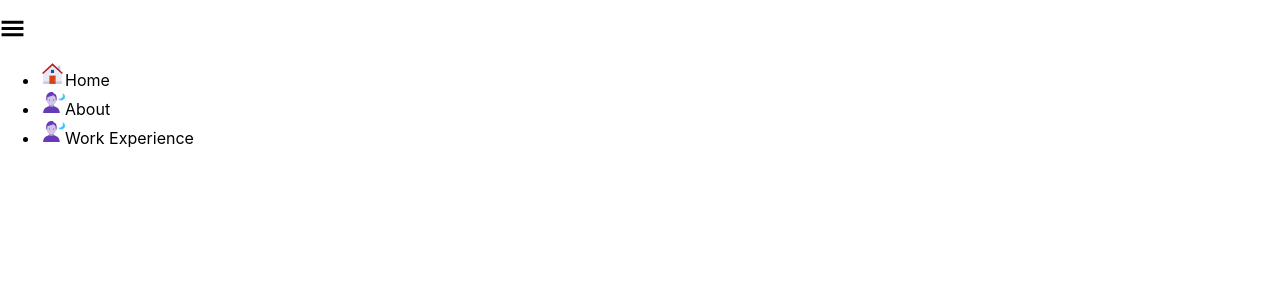
Repository: Laoye99/portfolio
Page: /
An editor plug-in stored every save of this project. The page is shown before and after the next save, followed by the edit.
The browser window is 1280 px wide. The pictures show the whole page.
The project was rebuilt for these pictures with package versions that can differ from the ones it lists, and the page was loaded fresh each time. Also part of the build but not shown: src/App.css.

Above is the page before, as saved 2024-02-13 09:51:49.

### src/App.js
import './App.css';
import { createContext, useState } from 'react';
import ScrollToTop from 'react-scroll-to-top';
import Navbar from './components/Navbar';

export const ThemeContext = createContext(null);

const App = () => {
  const [theme, setTheme] = useState("light");

  const changeTheme = () => {
    setTheme((prev) => (prev === "light" ? "dark" : "light"));
  };
  return (
    <ThemeContext.Provider value={{ theme, changeTheme }}>
    <div id={theme}>
    <Navbar/>
    </div>
    <ScrollToTop
    top="200"
    smooth
    height="20"
    width="20"
    color="white"
    style={{ borderRadius: "90px ", backgroundColor: "#38004c" }}
    />
    </ThemeContext.Provider>
  );
}

export default App;

### src/components/Navbar.js
import { useState } from "react";
import {GiHamburgerMenu} from "react-icons/gi";
import { Link } from "react-scroll";
import { FcHome,FcNightPortrait,FcFactory } from "react-icons/fc";


const Navbar = () => {
    const [open, setOpen] = useState(false);

    const handleClick = () => {
        setOpen(!open);
    };
    return(
        <div className="navbar">
        <div className="navbar-header">
        <p>
        <GiHamburgerMenu size={25} onClick={handleClick} />
        <div className="nav">
        <ul>
        <li className="nav-item">
        <Link
        to="home"
        spy={true}
        smooth={true}
        duration={100}
        offset={-100}
        >
        <FcHome size={25}/>
        Home
        </Link>
        </li>
        <li className="nav-item">
        <Link
        to="about"
        spy={true}
        smooth={true}
        duration={100}
        offset={-100}
        >
        <FcNightPortrait size={25}/>
        About
        </Link>
        </li>
        <li className="nav-item">
        <Link
        to="project"
        spy={true}
        smooth={true}
        duration={100}
        offset={-100}
        >
        <FcNightPortrait size={25}/>
        Work Experience
        </Link>
        </li>
        </ul>
        </div>
        </p>
        </div>
        </div>
    );

};

export default Navbar;

Loaded but not shown: public/index.html (common file); src/index.js (common file); src/index.css (common file); src/reportWebVitals.js (common file)

After the next save:
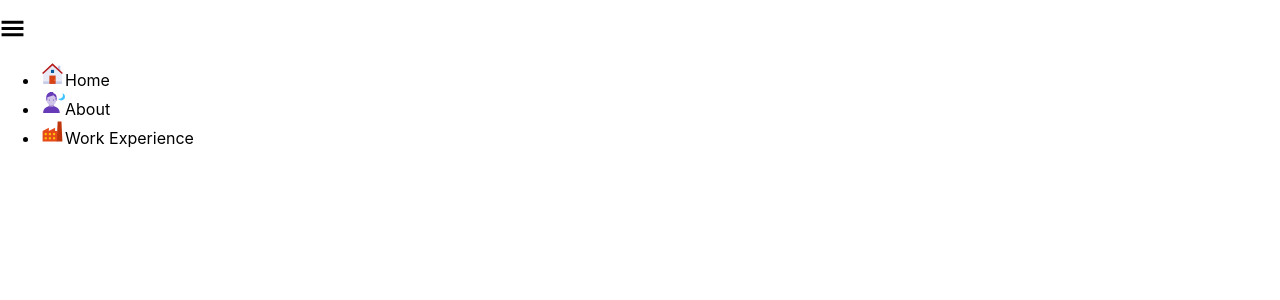
Saved 8 s later.
--- a/src/components/Navbar.js
+++ b/src/components/Navbar.js
@@ -49,7 +49,7 @@ const Navbar = () => {
         duration={100}
         offset={-100}
         >
-        <FcNightPortrait size={25}/>
+        <FcFactory size={25}/>
         Work Experience
         </Link>
         </li>
